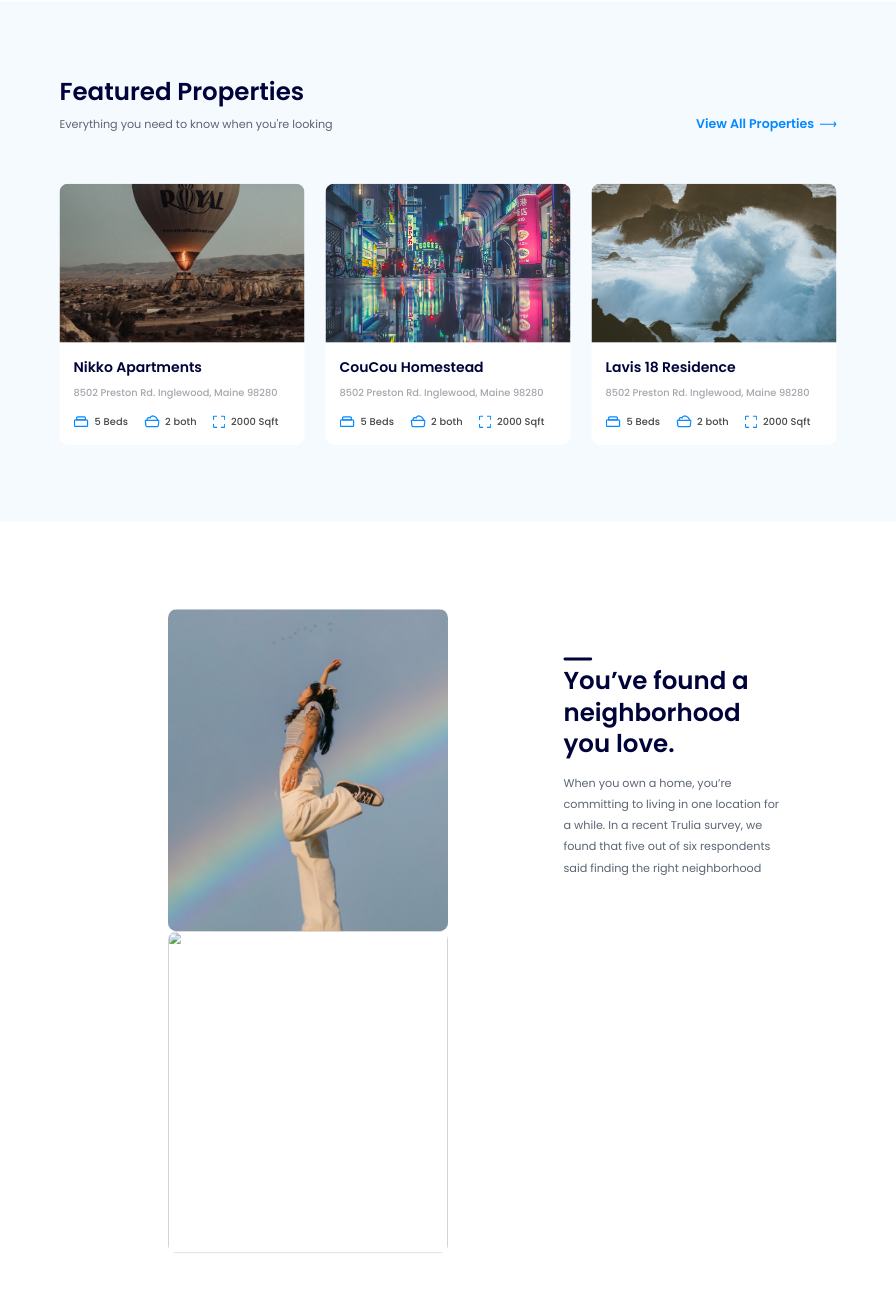
Repository: Tctiensk/f8-htmlcss-01
Page: index.html
The author's editor kept a copy of each file at every save. The page is drawn from the files as they stood at one save, then again after the next save.
The browser window is 1280 px wide. The pictures show the part of the page from y = 1769 to 3689 px (the page is 3629 px tall before and 3689 px after), at 70% of full size.

Above is the page before, as saved 2022-12-10 13:30:55.

After the next save:
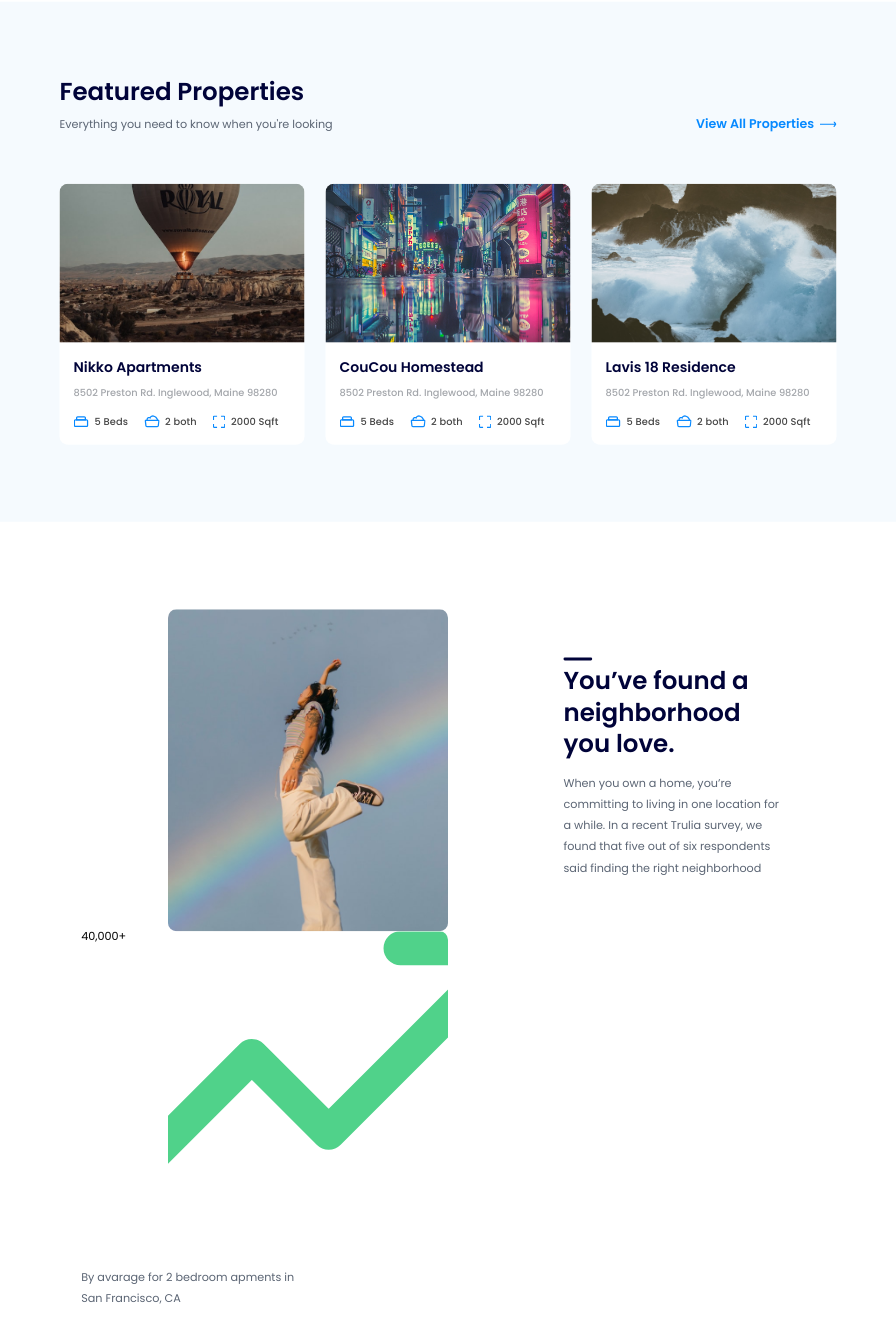
Saved 20 h 53 min later.
--- a/index.html
+++ b/index.html
@@ -306,11 +306,18 @@
                             <!-- ==trend=== -->
                             <div class="stats-trend">
                                 <div class="row">
-                                    <strong class="value"></strong>
-                                    <img src="" alt="" class="icon" />
+                                    <strong class="value">40,000+</strong>
+                                    <img
+                                        src="./assets/img/row.svg"
+                                        alt=""
+                                        class="icon"
+                                    />
                                 </div>
                                 <p class="desc">
-                                    <span class="separate"></span>
+                                    <span class="separate"
+                                        >By avarage for 2 bedroom apments in San
+                                        Francisco, CA</span
+                                    >
                                 </p>
                             </div>
                         </div>
